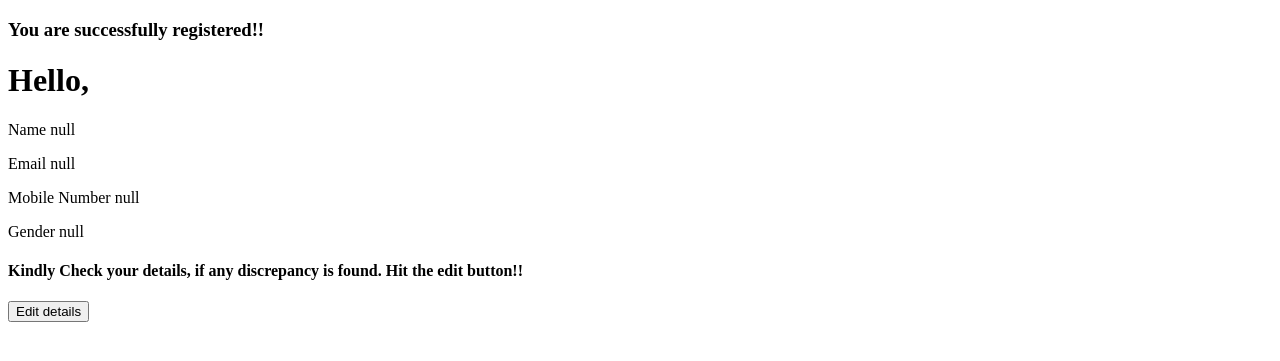
Repository: SimSri-ExtraMarks/FormHandling
Page: http://localhost/success
These files come from the project's save history. The page is drawn as it stood at one moment and after the next save; the edit follows.
The browser window is 1280 px wide. The pictures show the whole page.
The page is this project's Thymeleaf template; nobody is signed in. The template is opened directly, without the code that normally fills it, so the values that code supplies are empty.

Above is the page before, as saved 2021-06-27 07:18:37.

After the next save:
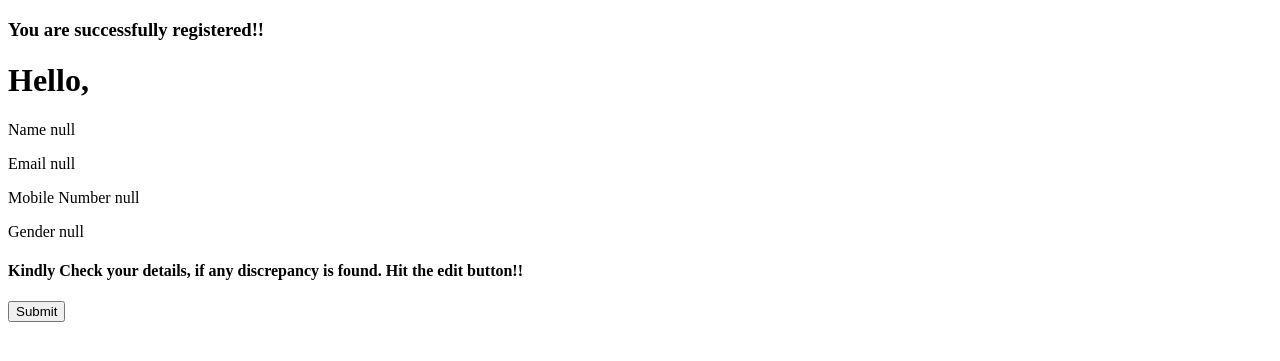
Saved 20 min 13 s later.
--- a/formHandling/src/main/resources/templates/success.html
+++ b/formHandling/src/main/resources/templates/success.html
@@ -14,4 +14,10 @@
  <p th:text="'Gender ' + ${data.gender}"/>
 <h4>Kindly Check your details, if any discrepancy is found. Hit the edit button!!</h4>
 
-<button type="button">Edit details</button>
+<!-- <button type="button">Edit details</button>
+ -->
+ <form th:action="@{/form}">
+
+</form>
+
+<button type="submit" value="Submit">Submit</button>
